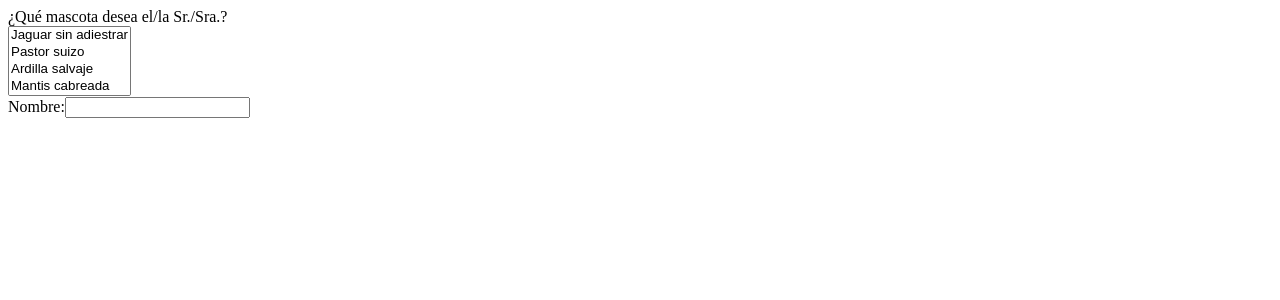
Repository: Myugen/EjercicioPHP
Page: http://localhost/ejercicio2.php
An editor plug-in stored every save of this project. The page is shown before and after the next save, followed by the edit.
The browser window is 1280 px wide. The pictures show the whole page.
The page is run by PHP 8.4 with error messages shown; the project is at /var/www/html/.

Above is the page before, as saved 2015-10-21 11:45:39.

After the next save:
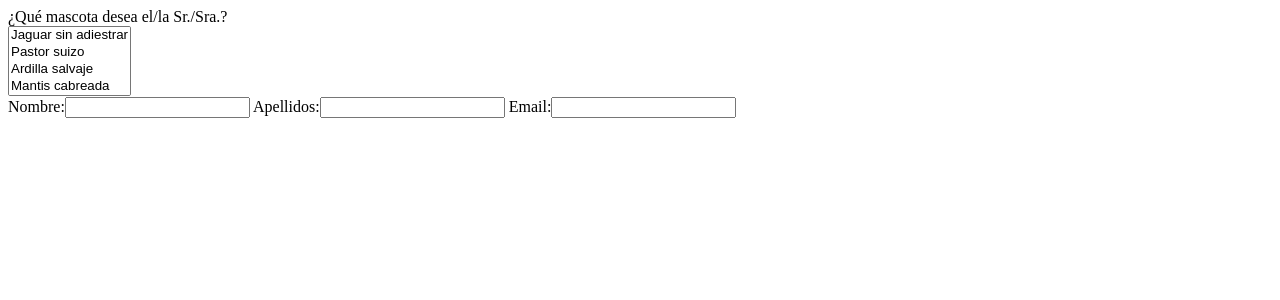
Saved 70 s later.
--- a/Actividades4-2/ejercicio2.php
+++ b/Actividades4-2/ejercicio2.php
@@ -16,6 +16,8 @@
 		<option>Osito de peluche</option>
 	</select><br>
 	<label for="textNombre">Nombre:</label><input type="text" id="textNombre" name="datos[]"/>
+	<label for="textApellidos">Apellidos:</label><input type="text" id="textApellidos" name="datos[]"/>
+	<label for="textEmail">Email:</label><input type="text" id="textEmail" name="datos[]"/>
 	</form>
 </body>
 </html>
